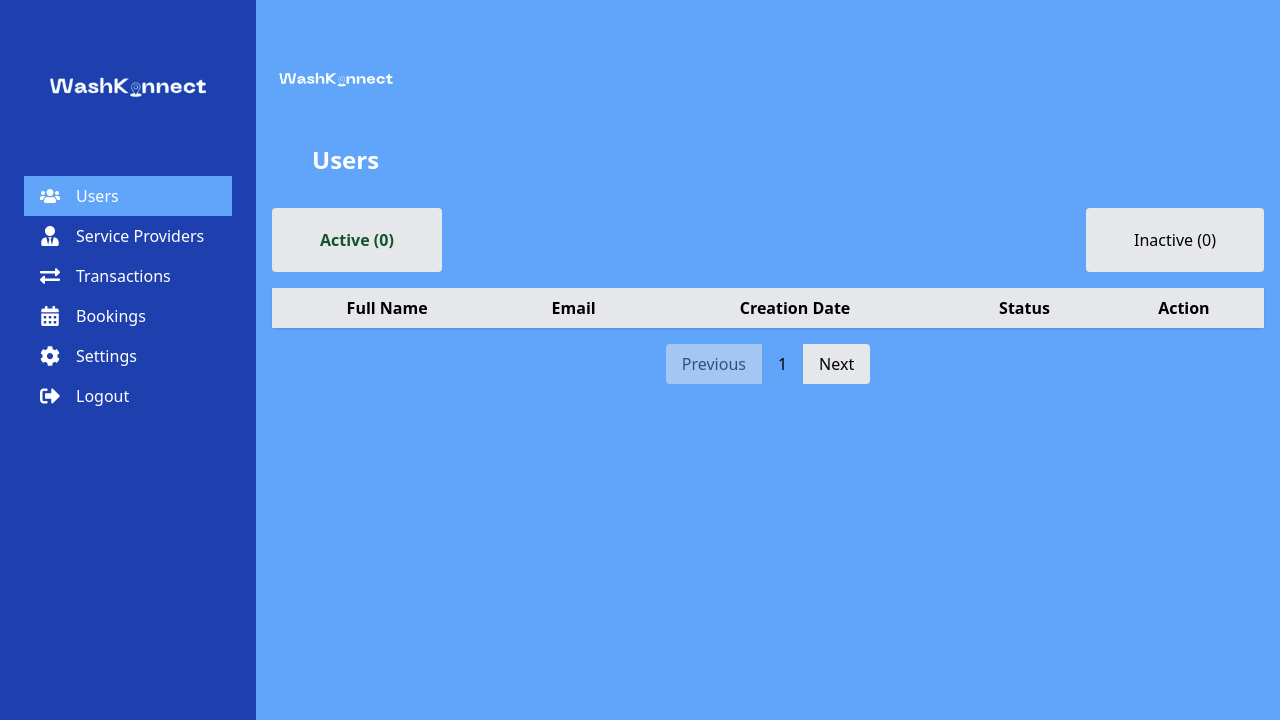
Repository: TEKVOLUTION-LTD/Admin-washKonnect
Page: /dashboard/users (app in Admin-WashKonnect/)
These files come from the project's save history. The page is drawn as it stood at one moment and after the next save; the edit follows.
The browser window is 1280 px wide. The pictures show the whole page.
The page's requests for data from a server got no answer. The project was rebuilt for these pictures with package versions that can differ from the ones it lists, and the page was loaded fresh each time. No one was signed in, and anything a server would have sent is missing. Also part of the build but not shown: Admin-WashKonnect/vite.config.js, Admin-WashKonnect/src/pages/LoginPage.jsx, Admin-WashKonnect/src/pages/ServiceProviderPage.jsx, Admin-WashKonnect/src/pages/TransactionsPage.jsx, Admin-WashKonnect/src/pages/BookingsPage.jsx, Admin-WashKonnect/src/pages/SettingsPage.jsx, Admin-WashKonnect/src/pages/LogoutPage.jsx, Admin-WashKonnect/src/pages/ServiceProviderProfile.jsx and 1 more.

Above is the page before, as saved 2024-11-25 14:44:59.

After the next save:
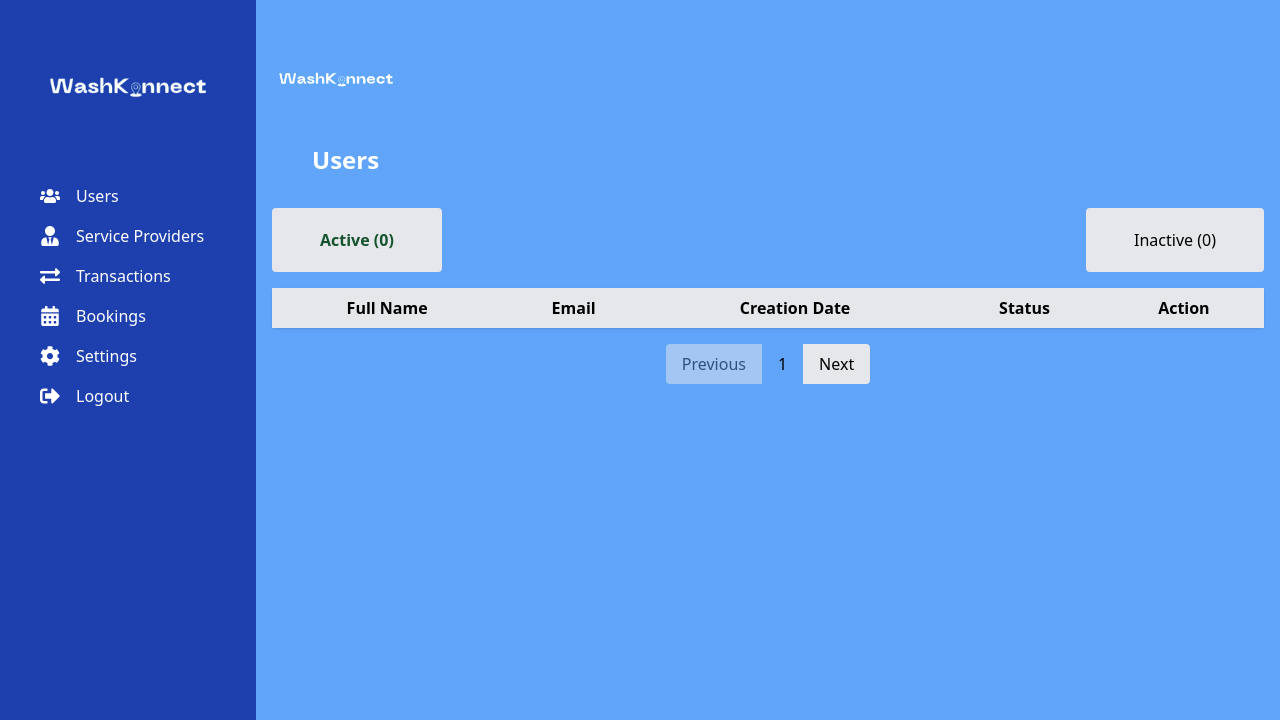
Saved 20 s later.
--- a/Admin-WashKonnect/src/components/Sidebar.jsx
+++ b/Admin-WashKonnect/src/components/Sidebar.jsx
@@ -24,7 +24,7 @@ const Sidebar = () => {
             to={`/dashboard/${link.path}`}
             className={({ isActive }) =>
               `block px-4 py-2 flex items-center space-x-4 hover:bg-blue-400 ${
-                isActive ? "bg-blue-400" : ""
+                isActive ? "bg-blue-00" : ""
               }`
             }
           >
